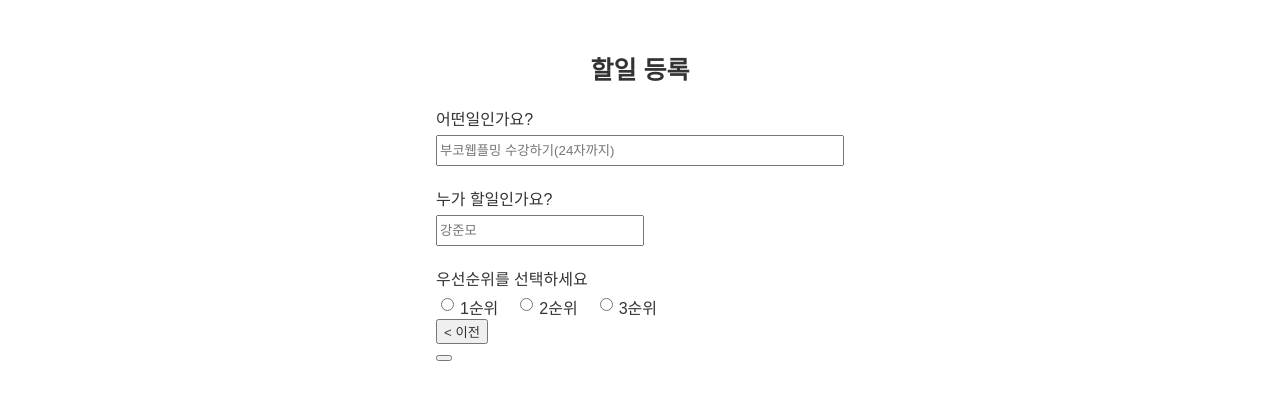
Repository: JmKanmo/BoostCourse_WebProgramming
Page: http://localhost/Todo/TodoFormServlet
An editor plug-in stored every save of this project. The page is shown before and after the next save, followed by the edit.
The browser window is 1280 px wide. The pictures show the whole page.
The page is served by Tomcat 9. Other server files are loaded and not shown.

Above is the page before, as saved 2020-01-21 01:04:58.

### Todo/src/main/webapp/todoForm.jsp
<%@ page language="java" contentType="text/html; charset=UTF-8"
	pageEncoding="UTF-8"%>
<!DOCTYPE html>
<html>
<head>
<meta charset="UTF-8">
<title>Insert title here</title>
<link rel="stylesheet" href="./css/todoForm.css">
</head>

<body>
	<div class="wrap">
		<form action="http://localhost:8080/Todo/TodoAddServlet" method="POST">
			<h1 class="title">할일 등록</h1>

			<div class="work_box">
				<label for="work">어떤일인가요?</label> <input type="text" id="work"
					class="workInput" placeholder="부코웹플밍 수강하기(24자까지)" required />
			</div>

			<div class="who_box">
				<label for="who">누가 할일인가요?</label> <input type="text" id="who"
					class="whoInput" placeholder="강준모" required />
			</div>

			<div class="priority_box clear_fix">
				<label for="priority_1th">우선순위를 선택하세요</label>

				<div class="priority clear_fix">
					<input type="radio" id="priority_1th" name="priority" value="1th">
					<label for="priority_1th">1순위</label>
				</div>

				<div class="priority clear_fix">
					<input type="radio" id="priority_2th" name="priority" value="2th">
					<label for="priority_2th">2순위</label>
				</div>

				<div class="priority clear_fix">
					<input type="radio" id="priority_3th" name="priority" value="3th">
					<label for="priority_3th">3순위</label>
				</div>
			</div>

			<div class="button_box">
				<button class="prev_btn">
					<p>< 이전</p>
				</button>

				<div class="btn_group">
					<button class="submit_btn" type="submit" value="result"></button>
				</div>
			</div>
		</form>
	</div>
</body>
</html>

### Todo/src/main/java/Todo/TodoFormServlet.java
package Todo;

import java.io.IOException;

import javax.servlet.RequestDispatcher;
import javax.servlet.ServletException;
import javax.servlet.annotation.WebServlet;
import javax.servlet.http.HttpServlet;
import javax.servlet.http.HttpServletRequest;
import javax.servlet.http.HttpServletResponse;

/**
 * Servlet implementation class TodoFormServlet
 */
@WebServlet("/TodoFormServlet")
public class TodoFormServlet extends HttpServlet {
	private static final long serialVersionUID = 1L;

	/**
	 * @see HttpServlet#HttpServlet()
	 */
	public TodoFormServlet() {
		super();
		// TODO Auto-generated constructor stub
	}

	/**
	 * @see HttpServlet#doGet(HttpServletRequest request, HttpServletResponse
	 *      response)
	 */
	protected void doGet(HttpServletRequest request, HttpServletResponse response)
			throws ServletException, IOException {
		// TODO Auto-generated method stub
		RequestDispatcher requestDispatcher = getServletContext().getRequestDispatcher("/todoForm.jsp");
		requestDispatcher.forward(request, response);
	}

}

### Todo/src/main/webapp/css/todoForm.css
@charset "utf-8";

/* 초기화 */
html, body, h1, h2, h3, ul, ol, p, a, dl, dt, dd, figure {
	margin: 0;
	padding: 0;
	font-family: '나눔 고딕', NanumGothic, '돋움', Dotum, sans-serif;
	list-style: none;
	font-weight: normal;
	text-decoration: none;
	outline: none;
	color: #333;
}

.clear_fix::after {
	display: block;
	content: "";
	clear: both;
}

.blind {
	position: absolute;
	clip: rect(0, 0, 0, 0);
	width: 1px;
	height: 1px;
	margin: -1px;
	overflow: hidden;
}

.wrap {
	width: max-content;
	margin: 50px auto;
}

.wrap .title {
	font-size: 25px;
	text-align: center;
	font-weight: bold;
	text-align: center;
}

.work_box, .who_box, .priority_box {
	margin-top: 20px;
}

.work_box input {
	width: 400px;
	height: 25px;
	margin-top: 5px;
}

.wrap label {
	display: block;
}

.who_box input {
	margin-top: 5px; height : 25px;
	width: 200px;
	height: 25px;
}

.priority_box .priority {
	margin-top: 5px;
	float: left;
}

.priority label, .priority input {
	float: left;
}

.priority label{
	position:relative;
	left:3px;
}

.priority:nth-child(n+3) {
	margin-left: 20px;
}

After the next save:
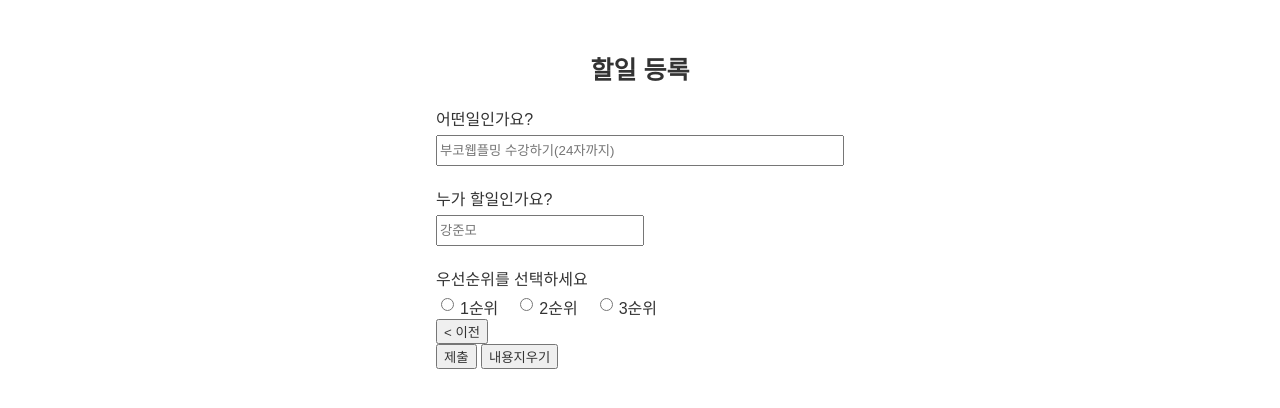
Saved 2 min 40 s later.
--- a/Todo/src/main/webapp/todoForm.jsp
+++ b/Todo/src/main/webapp/todoForm.jsp
@@ -48,7 +48,12 @@
 				</button>
 
 				<div class="btn_group">
-					<button class="submit_btn" type="submit" value="result"></button>
+					<button class="submit_btn" type="submit" value="result">
+						<p>제출</p>
+					</button>
+					<button class="reset_btn" type="reset" value="Reset">
+						<p>내용지우기</p>
+					</button>
 				</div>
 			</div>
 		</form>
